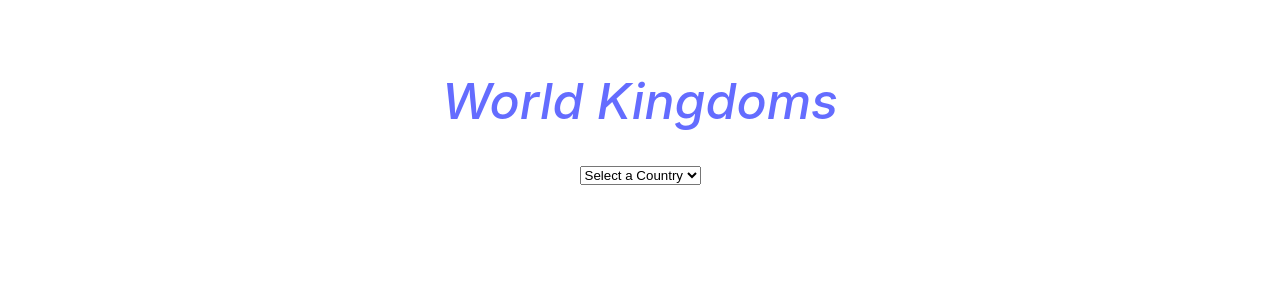
Repository: GloGlorGloria/COMP3170-lab7
Page: /
These files come from the project's save history. The page is drawn as it stood at one moment and after the next save; the edit follows.
The browser window is 1280 px wide. The pictures show the whole page.
The page's requests for data from a server got no answer. The project was rebuilt for these pictures with package versions that can differ from the ones it lists, and the page was loaded fresh each time. No one was signed in, and anything a server would have sent is missing. Also part of the build but not shown: vite.config.js, src/components/Details.jsx.

Above is the page before, as saved 2024-11-24 02:12:41.

### index.html
<!doctype html>
<html lang="en">
  <head>
    <meta charset="UTF-8" />
    <link rel="icon" type="image/svg+xml" href="/Globe icon.png" />
    <meta name="viewport" content="width=device-width, initial-scale=1.0" />
    <title>World Kingdoms</title>
  </head>
  <body>
    <div id="root"></div>
    <script type="module" src="/src/main.jsx"></script>
  </body>
</html>

### src/index.css
:root {
  font-family: Inter, system-ui, Avenir, Helvetica, Arial, sans-serif;
  line-height: 1.5;
  font-weight: 400;

  color-scheme: light dark;
  color: rgba(255, 255, 255, 0.87);
  background-color: #242424;

  font-synthesis: none;
  text-rendering: optimizeLegibility;
  -webkit-font-smoothing: antialiased;
  -moz-osx-font-smoothing: grayscale;
}

a {
  font-weight: 500;
  color: #646cff;
  text-decoration: inherit;
}
a:hover {
  color: #535bf2;
}


h1 {
  font-size: 50px;
  font-style: italic;
  font-weight: 900;
  line-height: 1.1;
}

h1:hover{
  color: #535bf2;
}

/* button {
  border-radius: 8px;
  border: 1px solid transparent;
  padding: 0.6em 1.2em;
  font-size: 1em;
  font-weight: 500;
  font-family: inherit;
  background-color: #1a1a1a;
  cursor: pointer;
  transition: border-color 0.25s;
} */
/* button:hover {
  border-color: #646cff;
}
button:focus,
button:focus-visible {
  outline: 4px auto -webkit-focus-ring-color;
} */

@media (prefers-color-scheme: light) {
  :root {
    color: #213547;
    background-color: #ffffff;
  }
  a:hover {
    color: #747bff;
  }
  button {
    background-color: #f9f9f9;
  }
}

### src/App.jsx
import { BrowserRouter, Routes, Route } from 'react-router-dom';
import Countries from './components/Countries';
import Details from './components/Details';
import './App.css'

function App() {
  return (
       <BrowserRouter>
          <Routes>
          <Route path="/" element={<Countries />}>
            <Route path="/countries/:cca2?" element={<Details />}>
            </Route>
          </Route>
        </Routes>
       </BrowserRouter>
  );
}

export default App

### src/components/Countries.jsx
import { useEffect, useState } from 'react';
import {useNavigate, NavLink, Outlet} from "react-router-dom";


export default function Countries() {
  const [countries, setCountries] = useState([]);
  const [selectedOption, setSelectedOption] = useState("Select a Country");
  const [fetchStatus, setFetchStatus] = useState('idle');
  const navigate = useNavigate();
  const isLoading = fetchStatus === 'loading';
  const isError = fetchStatus === 'error';

  useEffect(() => {
    async function fetchData() {
      try {
        setFetchStatus('loading');
        const response = await fetch('https://restcountries.com/v3.1/name/kingdom');
        if (!response.ok) {
          throw new Error ('Failed to fetch countries');
        }
        const data = await response.json();
        setCountries(data);
        setFetchStatus('idle');
        console.log(countries);
      } catch(e){
        setFetchStatus('error');
        console.error(e.message);
      }
    }
    fetchData();
  }, []);

  useEffect(() => {
    if (location.pathname === "/") {
      setSelectedOption("Select a Country");
    }
  }, [location]);


  const handleCountrySelect = (event) => {
    const countryName = event.target.value;
    setSelectedOption(countryName);

    if (countryName === "Select a Country") {
      navigate("/");
      return;
    }

    const selectedCountry = countries.find((country) => country.name.common === countryName);

    if (selectedCountry) {
    navigate(`/countries/${selectedCountry.cca2}`, { state: {selectedCountry} });
  }};

  return (
    <div>
      <h1>
        <NavLink
        to="/"
        onClick={() => setSelectedOption("Select a Country")}
        >World Kingdoms</NavLink>
      </h1>
      <div className='select_container'>
        <select value={selectedOption} onChange={handleCountrySelect} >
          <option>Select a Country</option>
          {countries.map((country, index) => (
            <option
            key={index}
            value={country.name.common}
            >
            {country.name.common}
            </option>
          ))}
        </select>
      </div>

      <Outlet/>
      </div>
    );
  };

Loaded but not shown: src/main.jsx (common file); src/App.css (common file)

After the next save:
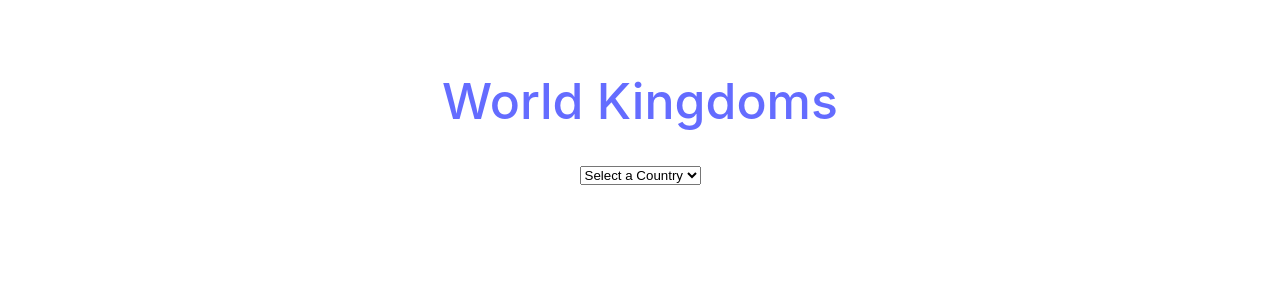
Saved 7 s later.
--- a/src/index.css
+++ b/src/index.css
@@ -25,7 +25,6 @@ a:hover {
 
 h1 {
   font-size: 50px;
-  font-style: italic;
   font-weight: 900;
   line-height: 1.1;
 }
